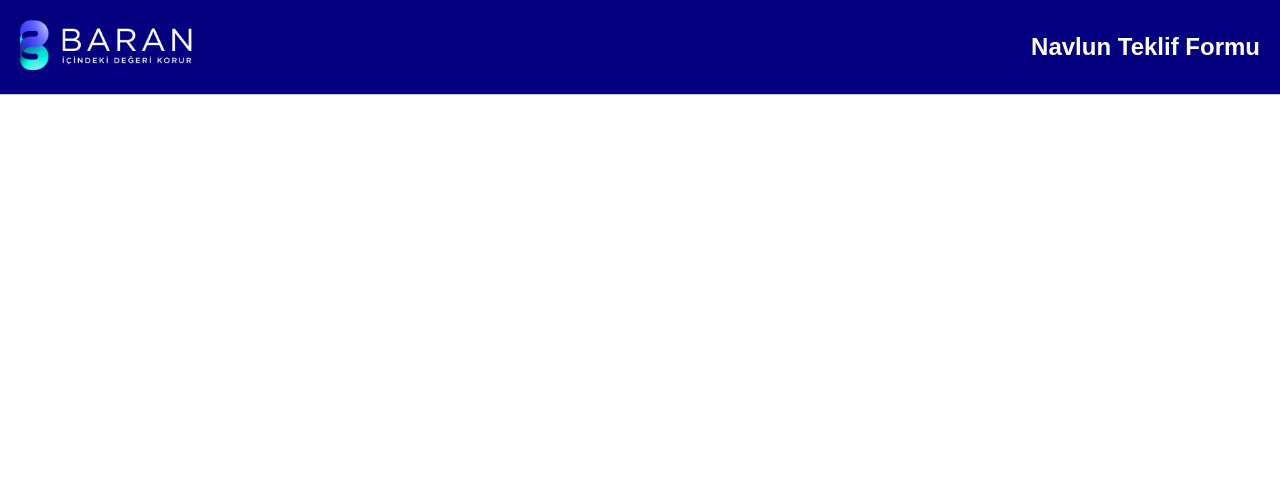
Repository: EfeAykut/navlun
Page: navlun.html
The author's editor kept a copy of each file at every save. The page is drawn from the files as they stood at one save, then again after the next save.
The browser window is 1280 px wide. The pictures show the whole page.

Above is the page before, as saved 2024-11-19 09:56:52.

### navlun.html
<!DOCTYPE html>
<html lang="tr">

<head>
    <meta charset="UTF-8">
    <meta name="viewport" content="width=device-width, initial-scale=1.0">
    <title>Web Sitesi Başlığı</title>
    <style>
        body {
            margin: 0;
            font-family: Arial, sans-serif;
        }

        header {
            display: flex;
            justify-content: space-between;
            align-items: center;
            padding: 20px;
            background-color: #040080;
            /* Arka plan rengi */
            border-bottom: 1px solid #ccc;
            /* Alt kenar çizgisi */
        }

        .logo img {
            height: 50px;
            /* Logo yüksekliği */
        }

        .navlun-teklif h1 {
            font-size: 24px;
            /* Yazı boyutu */
            color: #fdfffa;
            /* Yazı rengi */
            margin: 0;
            /* Varsayılan margin kaldırıldı */
        }
    </style>
</head>

<body>
    <header>
        <div class="logo">
            <img src="images/efe.png" alt="Logo">
        </div>
        <div class="navlun-teklif">
            <h1>Navlun Teklif Formu</h1>
        </div>
    </header>
</body>

</html>

After the next save:
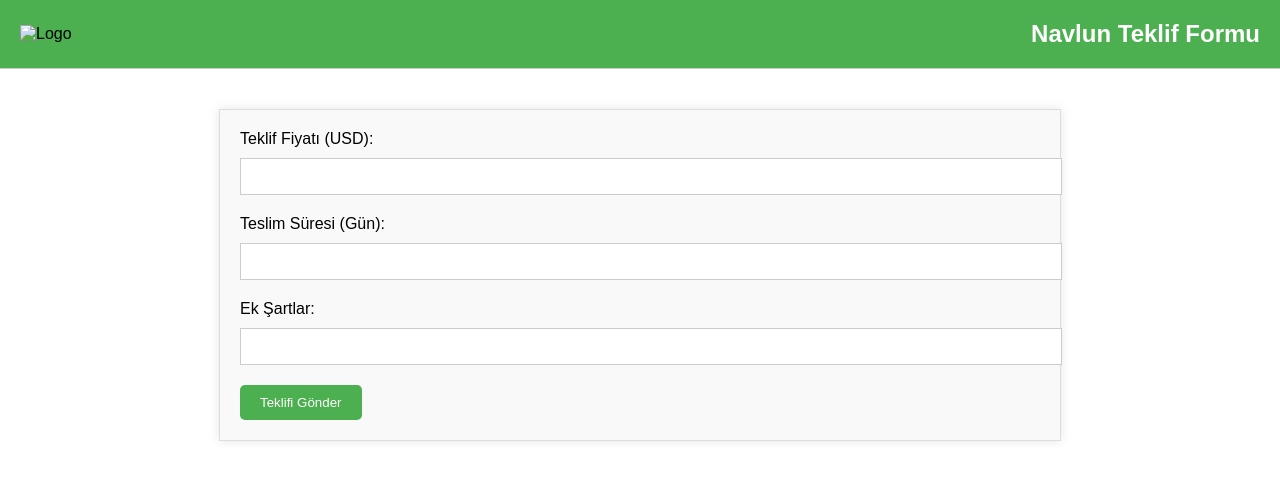
Not found: logo.png
Saved 3 min 7 s later.
--- a/navlun.html
+++ b/navlun.html
@@ -16,8 +16,8 @@
             justify-content: space-between;
             align-items: center;
             padding: 20px;
-            background-color: #040080;
-            /* Arka plan rengi */
+            background-color: #4CAF50;
+            /* Header arka plan rengi */
             border-bottom: 1px solid #ccc;
             /* Alt kenar çizgisi */
         }
@@ -30,10 +30,47 @@
         .navlun-teklif h1 {
             font-size: 24px;
             /* Yazı boyutu */
-            color: #fdfffa;
+            color: #fff;
             /* Yazı rengi */
             margin: 0;
             /* Varsayılan margin kaldırıldı */
+        }
+
+        .container {
+            max-width: 800px;
+            margin: 40px auto;
+            padding: 20px;
+            background-color: #f9f9f9;
+            border: 1px solid #ddd;
+            box-shadow: 0 0 10px rgba(0, 0, 0, 0.1);
+        }
+
+        .form-group {
+            margin-bottom: 20px;
+        }
+
+        .form-group label {
+            display: block;
+            margin-bottom: 10px;
+        }
+
+        .form-group input[type="text"] {
+            width: 100%;
+            padding: 10px;
+            border: 1px solid #ccc;
+        }
+
+        .button {
+            background-color: #4CAF50;
+            color: #fff;
+            padding: 10px 20px;
+            border: none;
+            border-radius: 5px;
+            cursor: pointer;
+        }
+
+        .button:hover {
+            background-color: #3e8e41;
         }
     </style>
 </head>
@@ -41,12 +78,29 @@
 <body>
     <header>
         <div class="logo">
-            <img src="images/efe.png" alt="Logo">
+            <img src="logo.png" alt="Logo">
         </div>
         <div class="navlun-teklif">
             <h1>Navlun Teklif Formu</h1>
         </div>
     </header>
+    <div class="container">
+        <form>
+            <div class="form-group">
+                <label for="teklif-fiyati">Teklif Fiyatı (USD):</label>
+                <input type="text" id="teklif-fiyati" name="teklif-fiyati">
+            </div>
+            <div class="form-group">
+                <label for="teslim-suresi">Teslim Süresi (Gün):</label>
+                <input type="text" id="teslim-suresi" name="teslim-suresi">
+            </div>
+            <div class="form-group">
+                <label for="ek-sartlar">Ek Şartlar:</label>
+                <input type="text" id="ek-sartlar" name="ek-sartlar">
+            </div>
+            <button class="button">Teklifi Gönder</button>
+        </form>
+    </div>
 </body>
 
 </html>

After the save that followed:
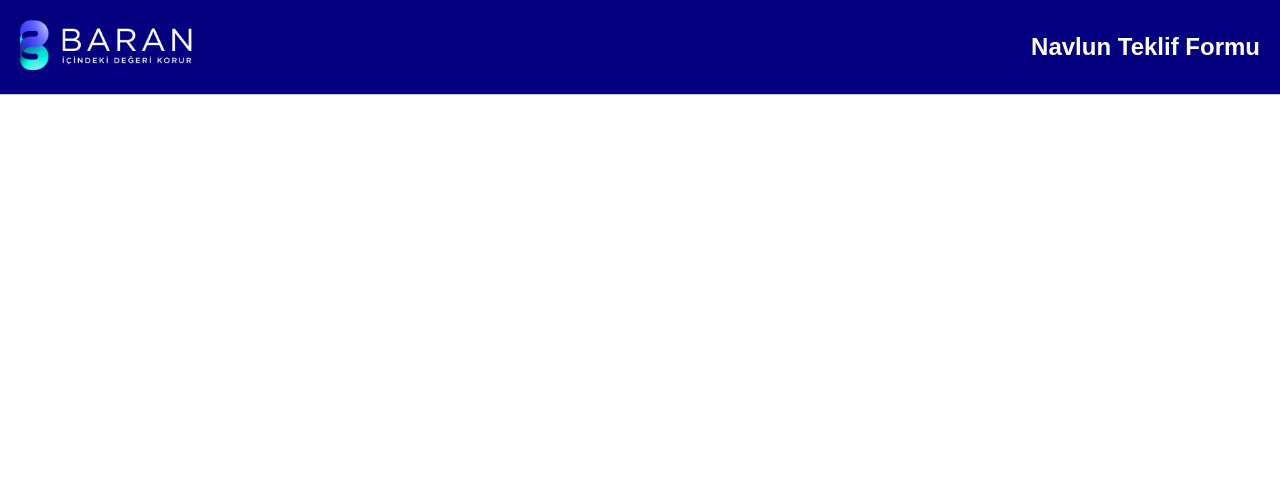
Saved 44 s later.
--- a/navlun.html
+++ b/navlun.html
@@ -16,8 +16,8 @@
             justify-content: space-between;
             align-items: center;
             padding: 20px;
-            background-color: #4CAF50;
-            /* Header arka plan rengi */
+            background-color: #040080;
+            /* Arka plan rengi */
             border-bottom: 1px solid #ccc;
             /* Alt kenar çizgisi */
         }
@@ -30,47 +30,10 @@
         .navlun-teklif h1 {
             font-size: 24px;
             /* Yazı boyutu */
-            color: #fff;
+            color: #fdfffa;
             /* Yazı rengi */
             margin: 0;
             /* Varsayılan margin kaldırıldı */
-        }
-
-        .container {
-            max-width: 800px;
-            margin: 40px auto;
-            padding: 20px;
-            background-color: #f9f9f9;
-            border: 1px solid #ddd;
-            box-shadow: 0 0 10px rgba(0, 0, 0, 0.1);
-        }
-
-        .form-group {
-            margin-bottom: 20px;
-        }
-
-        .form-group label {
-            display: block;
-            margin-bottom: 10px;
-        }
-
-        .form-group input[type="text"] {
-            width: 100%;
-            padding: 10px;
-            border: 1px solid #ccc;
-        }
-
-        .button {
-            background-color: #4CAF50;
-            color: #fff;
-            padding: 10px 20px;
-            border: none;
-            border-radius: 5px;
-            cursor: pointer;
-        }
-
-        .button:hover {
-            background-color: #3e8e41;
         }
     </style>
 </head>
@@ -78,29 +41,12 @@
 <body>
     <header>
         <div class="logo">
-            <img src="logo.png" alt="Logo">
+            <img src="images/efe.png" alt="Logo">
         </div>
         <div class="navlun-teklif">
             <h1>Navlun Teklif Formu</h1>
         </div>
     </header>
-    <div class="container">
-        <form>
-            <div class="form-group">
-                <label for="teklif-fiyati">Teklif Fiyatı (USD):</label>
-                <input type="text" id="teklif-fiyati" name="teklif-fiyati">
-            </div>
-            <div class="form-group">
-                <label for="teslim-suresi">Teslim Süresi (Gün):</label>
-                <input type="text" id="teslim-suresi" name="teslim-suresi">
-            </div>
-            <div class="form-group">
-                <label for="ek-sartlar">Ek Şartlar:</label>
-                <input type="text" id="ek-sartlar" name="ek-sartlar">
-            </div>
-            <button class="button">Teklifi Gönder</button>
-        </form>
-    </div>
 </body>
 
 </html>
